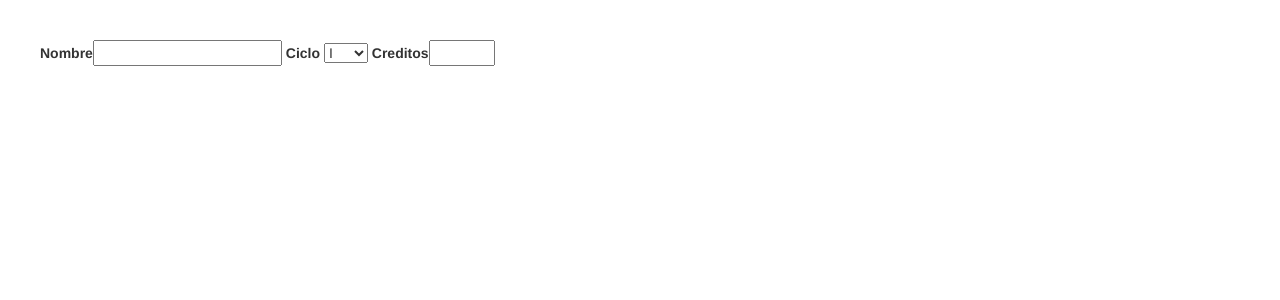
Repository: yoshitomimaehara/sdpa
Page: http://localhost/Sistema_de_Pruebas_Academicas/curso_insertar.jsp
These files come from the project's save history. The page is drawn as it stood at one moment and after the next save; the edit follows.
The browser window is 1280 px wide. The pictures show the whole page.
The page is served by Tomcat 9. Other server files are loaded and not shown.

Above is the page before, as saved 2013-10-13 20:56:44.
Console error: TypeError: $(...).alert is not a function

### Web/Sistema de Pruebas Academicas/Sistema de Pruebas Academicas/WebContent/curso_insertar.jsp
<%@ page language="java" contentType="text/html; charset=ISO-8859-1"
    pageEncoding="ISO-8859-1"%>
<%@ taglib prefix="c" uri="http://java.sun.com/jsp/jstl/core" %>
<!DOCTYPE html>
<html>
<head>
<title></title>
<link rel="stylesheet" type="text/css" href="css\styles.css"/>
<link rel="stylesheet" href="css\bootstrap.min.css">
<script src="js\jquery.js"></script>
<script src="js\scripts.js"></script>

</head>
<body>
	<form action="CursoAgregar" method="post">
		<label>Nombre</label><input type="text"/>
		<label>Ciclo</label>
		<c:set var="ciclos" value="I,II,III,IV,V,VI,VII,VIII,IX,X,XI"></c:set>
		<select name="ciclo">
		<c:forTokens items="${ciclos}" delims="," var="ciclo">
		<option><c:out value="${ciclo}"></c:out></option>
		</c:forTokens>
		</select>
		<label>Creditos</label><input type="number" min="1" max="5" step="0.5" name="creditos"/>
	</form>
</body>
</html>

### Web/Sistema de Pruebas Academicas/Sistema de Pruebas Academicas/WebContent/css/styles.css
/*
Nombre:styles.css
Descripcion:Hoja de Estilos
Autores:Yoshitomi Maehara/Liliana Gonzales
Email:
*/
/* universal */
*{
}

/*etiquetas*/
body{
	padding:40px;
}

/* identificadores */
#ingresar{
	background-color: #5162F6;
	color:white;
}

#ingresar:hover{
	background-color: white;
	color:black;

}

#link_contrasenia{
	text-decoration:none;
}

#link_contrasenia:hover{
	text-decoration:none;
}

#academico{
	padding:10px;
	clear: none;
}

#academico:hover{
	display:block;
	padding:10px;
}

/* clases */
.cabecera_index{
  padding:0.8em;
  text-align:center;
  margin: 1em;
}

.login_index{
   border:solid 1px;
   -webkit-border-radius: 8px;
   -moz-border-radius: 8px;
   border-radius: 8px;

}

.alerta{

}

.pie_index{
	height:3em;
	padding:0.5em;
}

.menu_panel{

}
.menu_lista{
	list-style-type:none;
}

.menu_lista li{
	display:inline-block;
	padding:10px;
}

.imagen{
	padding:1em;
	height:30em;
	width:30em;
}

.contenedor{
	border:1px solid #A4A4A4;
	height:30em;
	-webkit-border-radius: 8px;
   	-moz-border-radius: 8px;
   	border-radius: 8px;
   	background-color:#F2F2F2;
}

.contenido_dentro{
	background-color:#F2F2F2;
	border:1px solid #A4A4A4;
	height:30em;
	-webkit-border-radius: 8px;
   	-moz-border-radius: 8px;
   	border-radius: 8px;
}

.menu_dentro{
	background-color:#F2F2F2;
	border:1px solid #A4A4A4;
	height:10em;
	-webkit-border-radius: 8px;
   	-moz-border-radius: 8px;
   	border-radius: 8px;
}

.formulario_adptado{
	padding:2em;
}

### Web/Sistema de Pruebas Academicas/Sistema de Pruebas Academicas/WebContent/js/scripts.js
/**
 * Nombre:script.js
 * Descripcion: Funciones JavaScript/JQuery
 * Autores:Yoshitomi Maehara/Liliana Gonzales
 * Email:
 */

$().alert();

$(function(){
	$('.accesos').click(function(e){
		e.preventDefault();
		$('#main').load($(this).attr('href'));
	});

	$('.enlaces').click(function(e){
		e.preventDefault();
		$('#contenido').load($(this).attr('href'));
	});


});

Loaded but not shown: Web/Sistema de Pruebas Academicas/Sistema de Pruebas Academicas/WebContent/css/bootstrap.min.css (library); Web/Sistema de Pruebas Academicas/Sistema de Pruebas Academicas/WebContent/js/jquery.js (library)

After the next save:
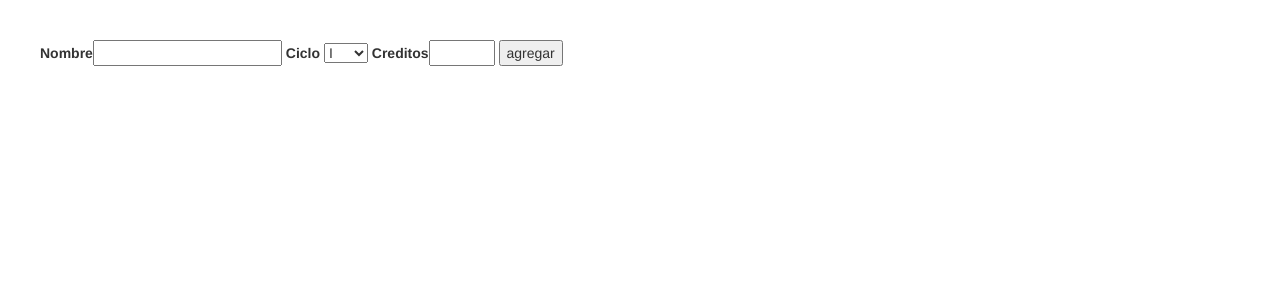
Saved 30 s later.
--- a/Web/Sistema de Pruebas Academicas/Sistema de Pruebas Academicas/WebContent/curso_insertar.jsp
+++ b/Web/Sistema de Pruebas Academicas/Sistema de Pruebas Academicas/WebContent/curso_insertar.jsp
@@ -22,6 +22,7 @@
 		</c:forTokens>
 		</select>
 		<label>Creditos</label><input type="number" min="1" max="5" step="0.5" name="creditos"/>
+		<input type="submit" value="agregar"/>
 	</form>
 </body>
 </html>
